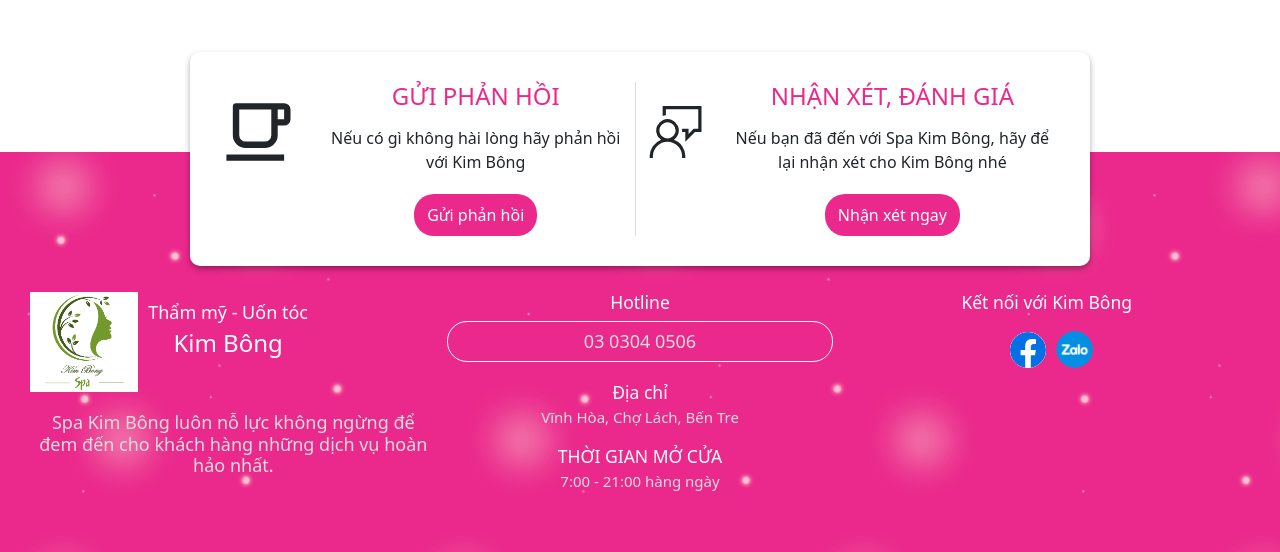
Repository: tranduykhuong/SpaKimBong
Page: /about
An editor plug-in stored every save of this project. The page is shown before and after the next save, followed by the edit.
The browser window is 1280 px wide. The pictures show the part of the page from y = 1878 to 2438 px (the page is 2430 px tall before and 2438 px after).
The project was rebuilt for these pictures with package versions that can differ from the ones it lists, and the page was loaded fresh each time. Also part of the build but not shown: src/components/Header/Slider/slider.scss, src/components/Header/Slider/Slider.js, src/components/Header/ListImage/listImage.scss, src/components/Header/ListImage/ListImage.js, src/pages/Home/home.scss, src/pages/Home/ListImage/listImage.scss, src/pages/Home/ListImage/ListImage.js, src/pages/Home/BookOnline/bookOnl.scss and 6 more.

Above is the page before, as saved 2022-06-02 23:53:57.

### src/App.js
import "./App.css";
import Header from "./components/Header/Header";
import Home from "./pages/Home/Home";
import "bootstrap/dist/css/bootstrap.min.css";
import { Route, Routes } from "react-router-dom";
import About from "./pages/About/About";

function App() {
  return (
    <div className="App">
      <Header />
      <Routes>
        <Route path="/" element={<Home />} />
        <Route path="/about" element={<About />} />
      </Routes>
    </div>
  );
}

export default App;

### src/components/Header/Header.js
import React, { useEffect, useState } from "react";
import "./header.scss";
import { BsSearch, BsFacebook } from "react-icons/bs";
import { BiPhoneCall } from "react-icons/bi";
import Slider from "./Slider/Slider";
import ListImage from "./ListImage/ListImage";
import { Link, useLocation } from "react-router-dom";

function Header() {
  const path = useLocation().pathname;
  const [fixedNavbar, setFixedNavbar] = useState(false);

  useEffect(() => {
    // set fixed navbar
    const handleScroll = () => {
      if (window.scrollY < 1) {
        setFixedNavbar(true);
      }

      if (window.scrollY > 170) setFixedNavbar(true);
      else setFixedNavbar(false);
    };

    window.addEventListener("scroll", handleScroll);

    // cleanup function
    return () => {
      window.removeEventListener("scroll", handleScroll);
    };
  }, []);

  return (
    <div className="header">
      <div className={"infor " + (fixedNavbar ? "mg-navbar" : "")}>
        <div className="logo">
          <img src="../../img/logoSpa.png" alt="" />
          <div className="nameSpa">
            <h4>Thẩm mỹ - Uốn tóc</h4>
            <h2>Kim Bông</h2>
          </div>
        </div>

        <div className="search">
          <input type="text" placeholder="Tìm kiếm sản phẩm/ bài viết ..." />
          <a className="icon">
            <BsSearch className="iconSearch" />
          </a>
        </div>

        <div className="contact">
          <a href="/" className="icon">
            <BsFacebook className="iconFacebook" />
          </a>
          <a href="/" className="icon">
            <img src="../../img/Zalo.png" alt="" className="iconZalo" />
          </a>

          <div className="phone">
            <BiPhoneCall className="iconPhone" />
            <h3>03 0304 0506</h3>
          </div>
        </div>
      </div>
      <div className={"myNavbar " + (fixedNavbar ? "fixedNavbar" : "")}>
        <div className="navbarContent">
          <ul className="navbarList">
            <li className={path === "/" ? "active" : ""}>
              <Link to="/">TRANG CHỦ</Link>
            </li>
            <li className={path === "/about" ? "active" : ""}>
              <Link to="/about">GIỚI THIỆU</Link>
            </li>
            <li className={path === "/skin" ? "active" : ""}>
              <Link to="/">CHĂM SÓC DA</Link>
            </li>
            <li className={path === "/acne" ? "active" : ""}>
              <Link to="/">TRỊ MỤN</Link>
            </li>
            <li className={path === "/open-time" ? "active" : ""}>
              <Link to="/">LỊCH MỞ CỬA</Link>
            </li>
          </ul>
        </div>
      </div>
      {/* <Slider /> */}
      {/* <ListImage /> */}
    </div>
  );
}

export default Header;

### src/pages/About/About.js
import "./About.scss";
import React from "react";
import Footer from "./../../components/Footer/Footer";

const About = () => {
  return (
    <div>
      <div className="container1">
        <div className="container-image"></div>

        <div className="container-background-content">
          <div className="container-content">
            <div className="content-left">
              <div className="title">
                <h1>
                  HIỀN VÂN SPA XUẤT PHÁT TỪ NIỀM ĐAM MÊ & KẾT QUẢ CỦA SỰ NỖ LỰC
                </h1>
              </div>
              <div className="box">
                <div className="box-content-img">
                  <div className="image">
                    <img
                      width={200}
                      height={100}
                      src="https://i.pinimg.com/originals/2c/84/5a/2c845a66b8ad2a8aafd288bdc16cd459.jpg"
                    ></img>
                  </div>
                  <div className="content">
                    <p>
                      Hiền cảm thấy vô cùng tự hào khi spa của mình đã nhận được
                      sự tin tưởng của hàng chục nghìn khách hàng khu vực TPHCM
                      và nhiều tỉnh thành lân cận. Thậm chí nhiều bạn không quản
                      ngại đường xá xa xôi, di chuyển từ tận miền Trung, miền
                      Bắc đến điều trị.
                    </p>
                  </div>
                </div>
                <div className="box-content">
                  <div className="content">
                    <p>
                      Hiền Vân Spa cũng may mắn nhận được sự ủng hộ và chung tay
                      của nhóm thiện nguyện Golden Heart đến từ các mạnh thường
                      quân tại nước ngoài như Mỹ, Anh, Australia, Israel,… Họ
                      biết đến Hiền Vân thông qua kênh Youtube. Golden Heart cảm
                      thấy đồng cảm với những khách hàng bị mụn nặng nhưng điều
                      kiện kinh tế khó khăn. Vì vậy họ quyết định đồng hành và
                      tài trợ miễn phí 100%. Tất cả các ca điều trị mụn miễn phí
                      do Golden Heart tài trợ đều được nhận thẻ bảo hành vĩnh
                      viễn, chăm sóc da định kỳ hàng tháng, cam kết mụn không
                      tái phát. Tính đến năm 2021, Hiền Vân Spa cùng quỹ Golden
                      Heart đã hỗ trợ cho hơn 100 ca điều trị mụn hoàn toàn miễn
                      phí, giúp họ tự tin hơn trong cuộc sống với một diện mạo
                      mới.
                    </p>
                  </div>
                </div>

                <div className="box-content">
                  <div className="content">
                    <p>
                      Hiền hiểu rằng, chi phí là vấn đề khách hàng vô cùng quan
                      tâm, nhưng thay vì đi theo cách thức giảm giá sâu như các
                      thương hiệu khác, Hiền tập trung nâng cao chất lượng, giúp
                      khách hàng điều trị các vấn đề da an toàn, hiệu quả trong
                      thời gian ngắn nhất và duy trì kết quả bền vững nhất. Điều
                      này gián tiếp giúp khách hàng tiết kiệm được chi phí. Bạn
                      có thể chỉ bỏ ra 99K, 199K để điều trị mụn giá rẻ tại các
                      cơ sở khác nhưng mụn không giảm, thậm chí viêm nhiễm, lây
                      lan bởi lẽ “tiền nào của đó”. 1 liệu trình “hời hợt” không
                      đủ để giúp bạn giải quyết triệt để các vấn đề da.
                    </p>
                  </div>
                </div>
              </div>
            </div>
            <div className="image-right">
              <div className="image-box">
                <img
                  width={534}
                  height={800}
                  src="https://cdn.hienvanspa.com/uploads/2021/03/do-thu-hien-foulder-hienvanspa.png"
                ></img>
              </div>
            </div>
          </div>
        </div>

        <div className="container-background-founder">
          <div className="box-founder">
            <div className="founder-left"></div>
            <div className="info-founder">
              <div className="text-info">
                <h2>
                  <strong>nhà sáng lập</strong>
                </h2>
                <h3>
                  <span>Chuyên gia Đỗ Thu Hiền</span>
                </h3>
                <p>
                  Được mệnh danh là Bàn tay vàng trị mụn với kinh nghiệm hơn 20
                  năm trong nghề. Tính đến thời điểm hiện tại, Chuyên gia Đỗ Thu
                  Hiền đã tiếp nhận và điều trị thành công cho hàng chục ngàn
                  khách hàng trên khắp cả nước, giúp họ sở hữu ngoại hình đẹp để
                  tự tin trong cuộc sống.Bên cạnh đó, Chuyên gia Đỗ Thu Hiền
                  cũng đào tạo cho hơn 100 học viên tại Hiền Vân Academy, mang
                  lại cho họ cơ hội việc làm tốt, trở thành kỹ thuật viên, chủ
                  spa giỏi.
                </p>
              </div>
            </div>
          </div>
        </div>
      </div>

      <Footer />
    </div>
  );
};

export default About;

### src/components/Header/header.scss
$height-navbar: 5rem;

.header {
    .mg-navbar {
        margin-bottom: $height-navbar;
    }

    .infor {
        max-width: 1200px;
        padding: .6rem 0;
        display: flex;
        justify-content: space-between;

        .logo {
            display: flex;
            flex: 1;

            img {
                height: 10rem;
            }

            .nameSpa {
                color: #eb288c;
                margin: auto 0;

                h4 {
                    font-size: 1.8rem;
                    font-weight: 500;
                }

                h2 {
                    font-size: 2.4rem;
                }
            }
        }


        .search {
            margin: auto 0;
            border-radius: 50px;
            border: solid .1rem #eb288c;
            height: 37px;
            display: flex;

            input {
                font-size: 1.4rem;
                margin: auto 16px;
                min-width: 26rem;
                border: none;
                outline: none;
            }

            .icon {
                margin: auto 10px;
                cursor: pointer;
            }

            .iconSearch {
                width: 1.8rem;
                height: 1.8rem;
                color: #eb288c;

                &:hover {
                    color: #f867b2;
                }
            }
        }

        .contact {
            display: flex;
            margin-left: 20px;

            .icon {
                margin: auto 0;
                margin-left: 10px;

            }

            .iconFacebook {
                width: 2.8rem;
                height: 2.8rem;
                color: rgba($color: #0570e6, $alpha: 1.0);
            }

            .iconZalo {
                width: 2.8rem;
                height: 2.8rem;
                border-radius: 50%;
            }

            .phone {
                margin: auto 0;
                margin-left: 20px;
                display: flex;

                .iconPhone {
                    width: 2.6rem;
                    height: 2.6rem;
                }

                h3 {
                    font-size: 1.4rem;
                    font-weight: 500;
                    margin: auto 4px;
                }
            }

        }
    }

    .fixedNavbar {
        position: fixed;
        top: 0;
        left: 0;
        z-index: 50;
        width: 100%;
        animation: fixedNavbar 1s forwards;
    }

    @keyframes fixedNavbar {
        from {
            top: -5rem;
            opacity: 0;
        }

        to {
            top: 0;
            opacity: 1;
        }
    }

    .myNavbar {
        height: $height-navbar;
        background-color: #eb288c;

        .navbarContent {
            max-width: 1200px;
            margin: 0 auto;

            .navbarList {
                display: flex;
                margin: 0 1rem;
                // justify-content: space-evenly;

                li {
                    list-style: none;

                    a {
                        line-height: $height-navbar;
                        height: $height-navbar;
                        display: block;
                        color: #fff;
                        font-size: 1.6rem;
                        font-weight: 600;
                        text-decoration: none;
                        padding: 0 2rem;
                    }

                    &:hover {
                        background-color: #f844a1;
                        cursor: pointer;
                    }
                }

                .active {
                    background-color: #dd0876;
                }
            }
        }
    }
}

### src/components/Footer/Footer.js
import React, { useEffect } from "react";
import "./footer.scss";
import { BsFacebook } from "react-icons/bs";
import { RiCupLine } from "react-icons/ri";
import { VscFeedback } from "react-icons/vsc";

const Footer = () => {
  return (
    <div className="footer">
      <div className="logo">
        <div className="info">
          <img src="../../img/logoSpa.png" alt="" />
          <div className="nameSpa">
            <h4>Thẩm mỹ - Uốn tóc</h4>
            <h2>Kim Bông</h2>
          </div>
        </div>

        <h5>
          Spa Kim Bông luôn nỗ lực không ngừng để đem đến cho khách hàng những
          dịch vụ hoàn hảo nhất.
        </h5>
      </div>

      <div className="address">
        <h3>Hotline</h3>
        <div className="hotline">03 0304 0506</div>
        <h3>Địa chỉ</h3>
        <h4>Vĩnh Hòa, Chợ Lách, Bến Tre</h4>
        <h3>THỜI GIAN MỞ CỬA</h3>
        <h4>7:00 - 21:00 hàng ngày</h4>
      </div>
      <div className="contact">
        <h3>Kết nối với Kim Bông</h3>
        <a href="/" className="icon">
          <BsFacebook className="iconFacebook" />
        </a>
        <a href="/" className="icon">
          <img src="../../img/Zalo.png" alt="" className="iconZalo" />
        </a>
      </div>

      <div className="subFooter">
        <div className="report">
          <RiCupLine className="icon" />
          <div>
            <h3>Gửi phản hồi</h3>
            <p>Nếu có gì không hài lòng hãy phản hồi với Kim Bông</p>
            <div className="btn">Gửi phản hồi</div>
          </div>
        </div>
        <div className="feedback">
          <VscFeedback className="icon" />
          <div>
            <h3>Nhận xét, Đánh giá</h3>
            <p>
              Nếu bạn đã đến với Spa Kim Bông, hãy để lại nhận xét cho Kim Bông
              nhé
            </p>
            <div className="btn">Nhận xét ngay</div>
          </div>
        </div>
      </div>
    </div>
  );
};

export default Footer;

### src/pages/About/About.scss
.container1 {
  .container-image {
    width: 100%;
    height: 400px;
    // padding: 5rem;
    // display: flex;
    align-items: center;
    justify-content: center;
    background-image: url("https://i.pinimg.com/originals/2c/84/5a/2c845a66b8ad2a8aafd288bdc16cd459.jpg");
  }
  .container-background-content {
    background-image: url("https://i.pinimg.com/originals/2c/84/5a/2c845a66b8ad2a8aafd288bdc16cd459.jpg");

    .container-content {
      display: flex;
      width: 100%;
      background-color: rgba(255, 255, 255, 0.85);

      .content-left {
        width: 60%;
        padding: 0 35px 30px;
        margin-left: 100px;
        text-align: left;

        .title {
          margin: 30px 0;
          h1 {
            font-size: 3rem;
            font-weight: bolder;
            line-height: 1.6;
          }
        }

        .box {
          .box-content-img {
            background-color: #eb288c;
            border-radius: 37px;
            margin-bottom: 30px;
            .image {
              padding: 20px 20px 0 20px;

              img {
                width: 100%;
                height: 200px;
              }
            }

            .content {
              padding: 0 20px 30px 20px;

              p {
                font: 16px Roboto, sans-serif;
                text-align: justify;
                line-height: 1.6;
                color: white;
                font-weight: 500;
              }
            }
          }

          .box-content {
            background-color: #eb288c;
            border-radius: 37px;
            margin-bottom: 30px;

            .content {
              padding: 20px 20px 30px 20px;

              p {
                font: 16px Roboto, sans-serif;
                text-align: justify;
                line-height: 1.6;
                color: white;
                font-weight: 500;
              }
            }
          }
        }
      }

      .image-right {
        .image-box {
          padding: 400px 0px 0px;
          img {
            padding: 0 100px 30px 30px;
          }
        }
      }
    }
  }
  .container-background-founder {
    background-image: url("https://i.pinimg.com/originals/2c/84/5a/2c845a66b8ad2a8aafd288bdc16cd459.jpg");

    .box-founder {
      display: flex;
      width: 100%;

      .founder-left {
        width: 50%;
      }

      .info-founder {
        width: 50%;

        .text-info{
          h2{
            text-transform: uppercase;
            font-family:  Roboto, sans-serif;
            font-size: 40px;
            letter-spacing: .05em;
          }
          h3{

          }
          p{

          }
        }
      }
    }
  }
}

### src/components/Footer/footer.scss
$title-color: #fff;

.footer {
    background-image: url(../../../public/img/sparkle1.png), url(../../../public/img/sparkle2.png);
    width: 100%;
    height: 400px;
    background-color: #eb288c;
    animation: sparkle 60s linear infinite;
    padding: 14rem 3rem 0;
    display: flex;
    justify-content: space-around;
    position: relative;
    margin-top: 16rem;

    .logo {
        flex: 1;

        .info {
            display: flex;

            img {
                height: 10rem;
            }

            .nameSpa {
                color: $title-color;
                margin: 1rem;

                h4 {
                    font-size: 1.8rem;
                    font-weight: 500;
                }

                h2 {
                    font-size: 2.4rem;
                }
            }
        }

        h5 {
            margin: 2rem .6rem;
            font-size: 1.8rem;
            font-weight: 400;
            color: #ddd;
        }
    }

    .contact {
        flex: 1;

        h3 {
            margin-bottom: 1.8rem;
            color: $title-color;
        }

        .icon {
            margin: auto 0;
            margin-left: 10px;

        }

        .iconFacebook {
            width: 3.6rem;
            height: 3.6rem;
            color: rgba($color: #0570e6, $alpha: 1.0);
            background-color: $title-color;
            border-radius: 50%;
        }

        .iconZalo {
            width: 3.7rem;
            height: 3.7rem;
            border-radius: 50%;
        }
    }

    .address {
        color: #ddd;
        flex: 1;

        h3 {
            // margin-bottom: 2rem;
            color: $title-color;
        }

        h4 {
            margin-bottom: 2rem;
        }

        .hotline {
            padding: .6rem;
            font-size: 1.8rem;
            margin: .8rem 1rem 2rem;
            border: 1px solid $title-color;
            border-radius: 2rem;

            &:hover {
                color: $title-color;
                cursor: pointer;
            }
        }
    }

    @keyframes sparkle {
        0% {
            background-position: 0px 0px, 0px 0px, 0px 0px;
        }

        100% {
            background-position: -500px -1000px, -400px -400px, 300px 300px;
        }
    }

    .subFooter {
        width: 100%;
        max-width: 90rem;
        min-height: 20rem;
        box-shadow: 0 3px 6px -4px rgba(0, 0, 0, 0.2), 0 3px 6px rgba(0, 0, 0, 0.3);

        background-color: #fff;
        border-radius: 1rem;
        z-index: 50;
        top: -10rem;
        left: 50%;
        transform: translateX(-50%);
        position: absolute;
        display: flex;
        padding: 3rem;
        justify-content: space-around;

        .report,
        .feedback {
            display: flex;
            flex: 1;
            justify-content: center;

            h3 {
                text-transform: uppercase;
                font-size: 2.4rem;
                color: #eb288c;
            }

            p {
                font-size: 1.6rem;
                padding: 1rem;
            }

            .icon {
                height: 10rem;
                width: 10rem;
                margin-right: 2rem;
            }

            .btn {
                padding: 0.8rem 1.2rem;
                background-color: #eb288c;
                border-radius: 2rem;
                font-size: 1.6rem;
                color: #fff;

                &:hover {
                    background-color: #cc1574;
                }
            }
        }

        .report {
            border-right: 1px solid #ddd;
        }

        .feedback {
            margin-left: 1rem;
        }
    }
}

Loaded but not shown: public/index.html (common file); src/index.js (common file); src/index.css (common file); src/reportWebVitals.js (common file); src/App.css (common file)

After the next save:
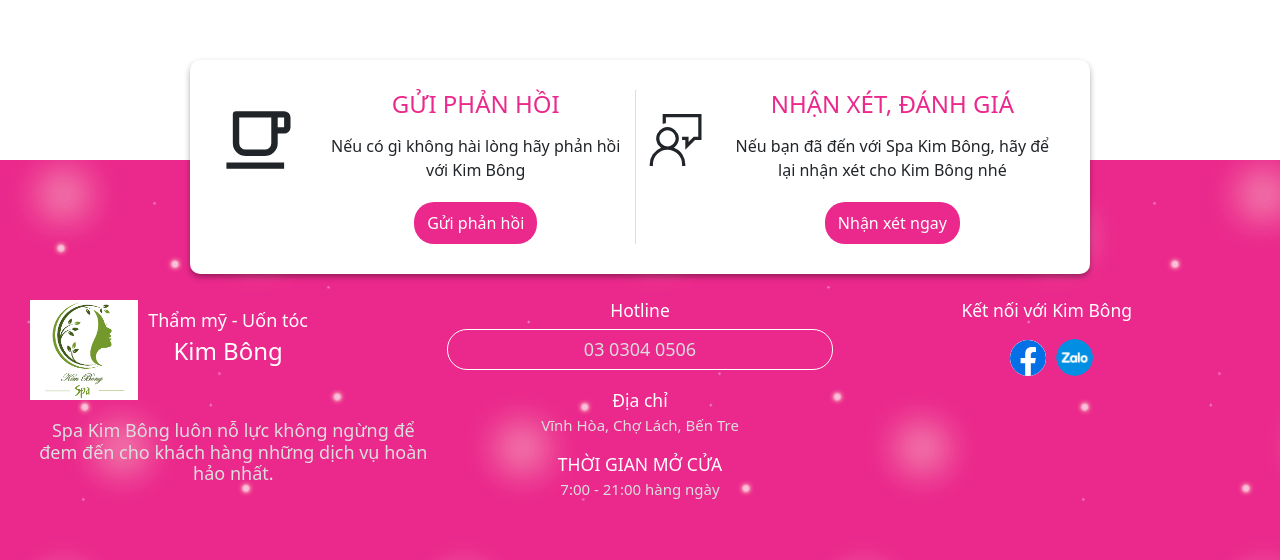
Saved 42 s later.
--- a/src/pages/About/About.scss
+++ b/src/pages/About/About.scss
@@ -108,6 +108,7 @@
             font-family:  Roboto, sans-serif;
             font-size: 40px;
             letter-spacing: .05em;
+            margin: 0 0 13px;
           }
           h3{
 
